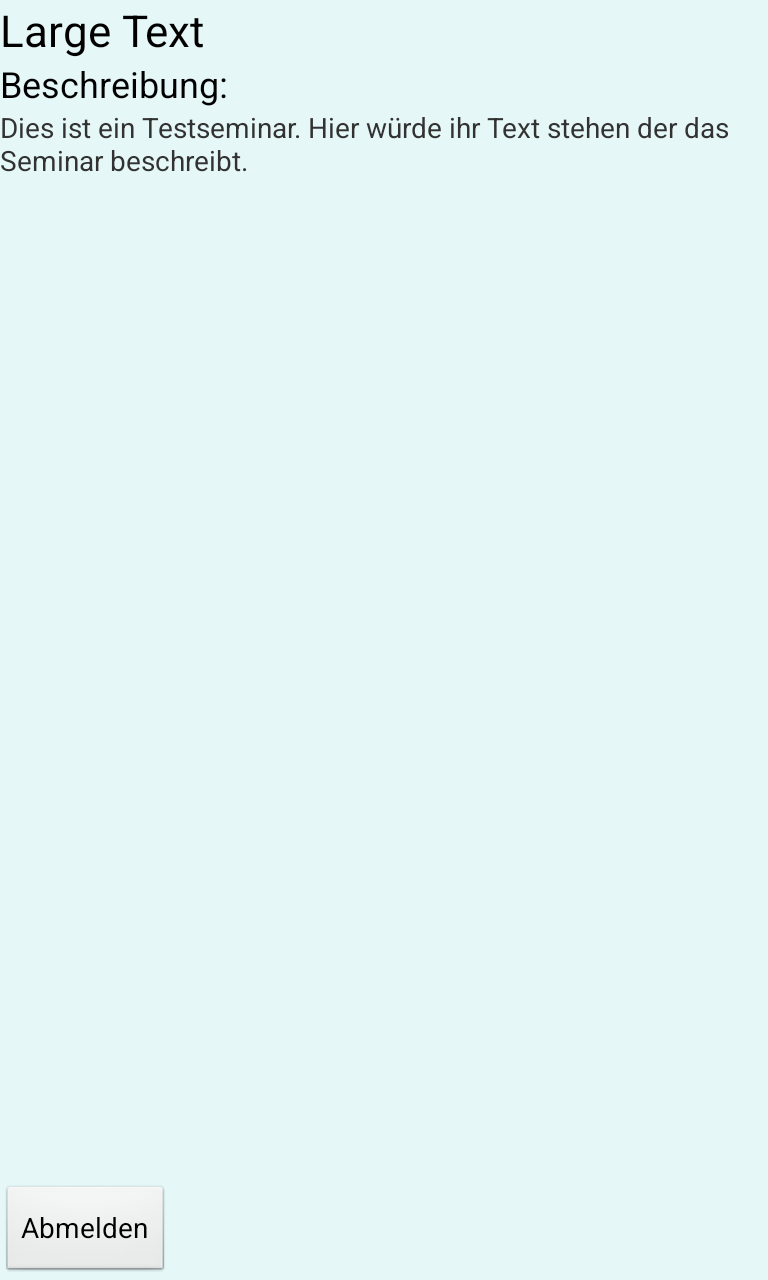
Repository: georgleber/IliConnect
Layout: IliConnect/res/layout/auswahlseminar.xml
The author's editor kept a copy of each file at every save. The layout is drawn from the files as they stood at one save, then again after the next save.
It is drawn on a 768 x 1280 px phone screen (xhdpi) without system bars, with theme AppTheme; the app's code is not run. Lists and similar views that code fills are empty.

Above is the layout before, as saved 2012-12-19 00:11:52.

After the next save:
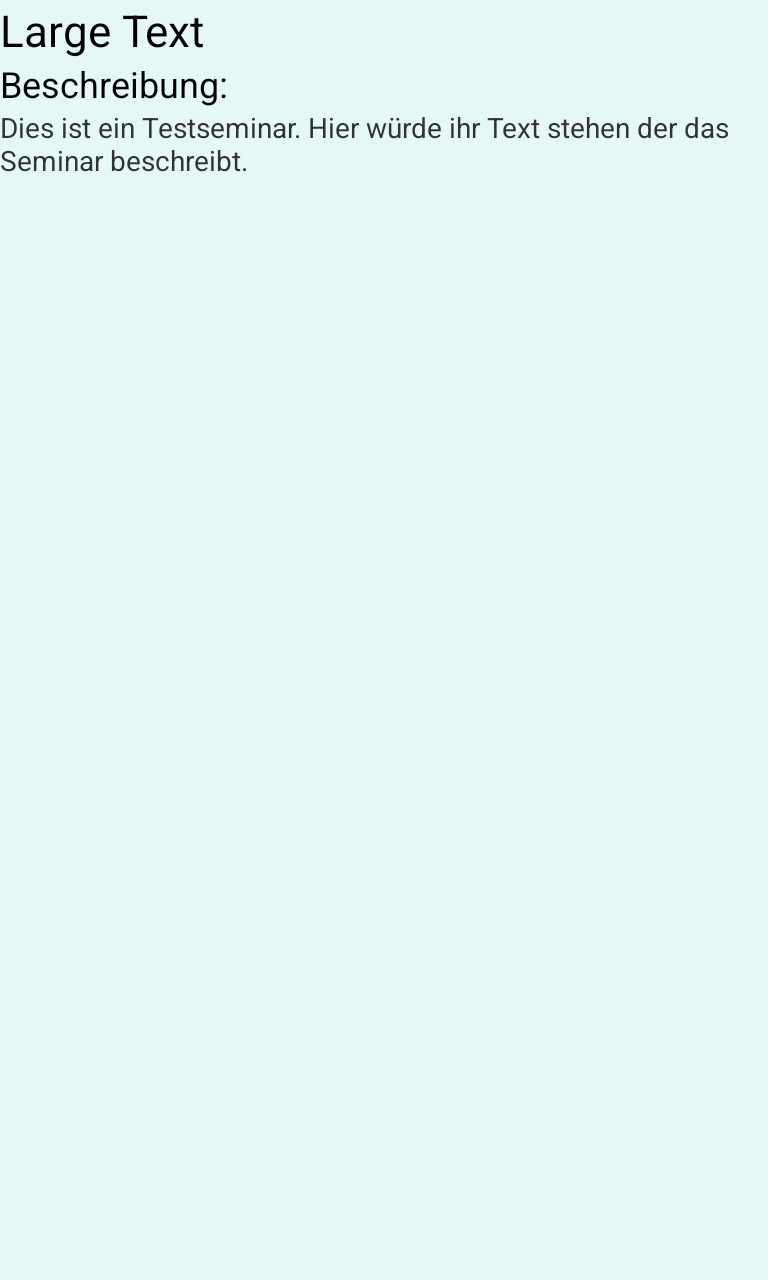
Saved 57 s later.
--- a/IliConnect/res/layout/auswahlseminar.xml
+++ b/IliConnect/res/layout/auswahlseminar.xml
@@ -32,10 +32,6 @@
         android:layout_weight="1" >
     </ListView>
 
-    <Button
-        android:id="@+id/kurs_abmeldung"
-        android:layout_width="wrap_content"
-        android:layout_height="wrap_content"
-        android:text="@string/kurs_abmeldung" />
+
 
 </LinearLayout>
